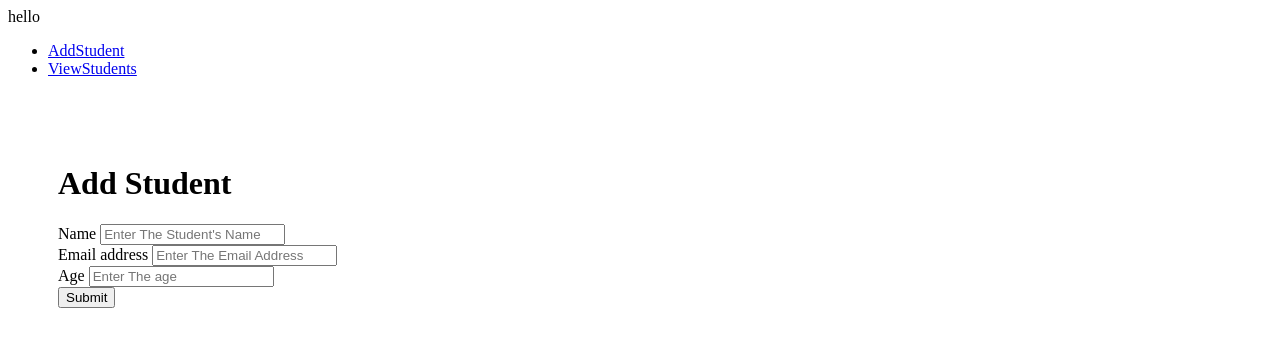
Repository: Manojs14/StudentManagementSystem
Page: http://localhost/Crud_form/update.jsp
These files come from the project's save history. The page is drawn as it stood at one moment and after the next save; the edit follows.
The browser window is 1280 px wide. The pictures show the whole page.
The page is served by Tomcat 9. Nobody is signed in. The application's start-up code is not run. Other server files are loaded and not shown.

Above is the page before, as saved 2024-07-11 07:31:03.

### Crud_form/src/main/webapp/update.jsp
<%@ page language="java" contentType="text/html; charset=UTF-8"
    pageEncoding="UTF-8"%>
<!DOCTYPE html>
<html>
<head>
<meta charset="UTF-8">
<title>Insert title here</title>
</head>
<body>
hello
<% String id = request.getParameter("id");
System.out.println("the id is "+id);
%>

<!-- nav bar to navigate from addpage to viewpage -->
	<nav class="navbar navbar-expand-lg bg-body-tertiary">
		<div class="container-fluid">

			<div class="collapse navbar-collapse" id="navbarNav">
				<ul class="navbar-nav">
					<li class="nav-item"><a class="nav-link active"
						aria-current="page" href="index.jsp">AddStudent</a></li>
					<li class="nav-item"><a class="nav-link" href="ReadServlet">ViewStudents</a>
					</li>
				</ul>
			</div>
		</div>
	</nav>




<!-- Form which uses bootstrap rows and colm for form placement -->
 <div class="row">
    <div class="col-4">
    </div>
    <div class="col-4" style="padding:50px">
        <h1 style="">Add Student</h1>
     <form action="CreateServlet" method="post">
  <div class="mb-3">
    <label for="username" class="form-label">Name </label>
    <input type="text" class="form-control" id="name1" name="name" aria-describedby="text" placeholder="Enter The Student's Name" required>
  </div>
   <div class="mb-3">
    <label for="exampleInputEmail1" class="form-label">Email address</label>
    <input type="email" class="form-control" name="email" required id="email" aria-describedby="emailHelp" placeholder="Enter The Email Address" required>
  </div>
  <div class="mb-3">
    <label for="number" class="form-label">Age</label>
    <input type="number" class="form-control" name="age" required id="age" placeholder="Enter The age" required>
  </div>
  <button type="submit" class="btn btn-primary">Submit</button>
</form>
</div>
</div>






</body>
</html>

After the next save:
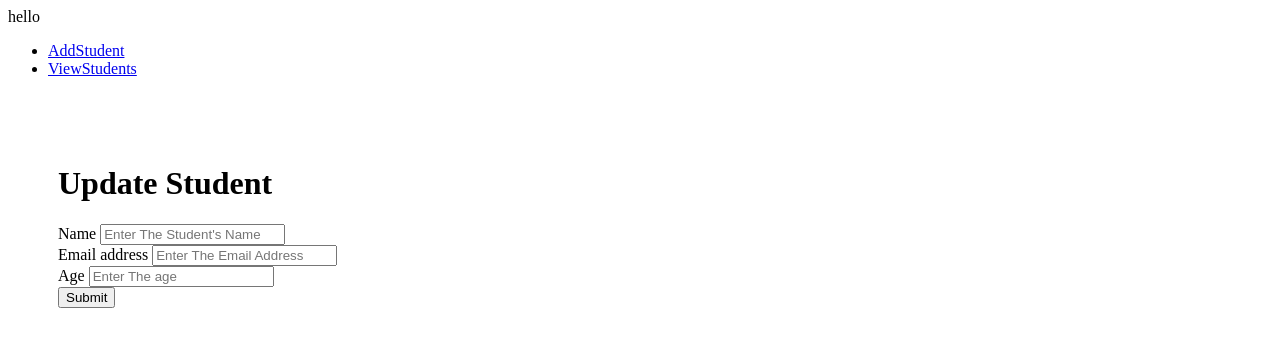
Saved 8 s later.
--- a/Crud_form/src/main/webapp/update.jsp
+++ b/Crud_form/src/main/webapp/update.jsp
@@ -35,7 +35,7 @@ System.out.println("the id is "+id);
     <div class="col-4">
     </div>
     <div class="col-4" style="padding:50px">
-        <h1 style="">Add Student</h1>
+        <h1 style="">Update Student</h1>
      <form action="CreateServlet" method="post">
   <div class="mb-3">
     <label for="username" class="form-label">Name </label>
